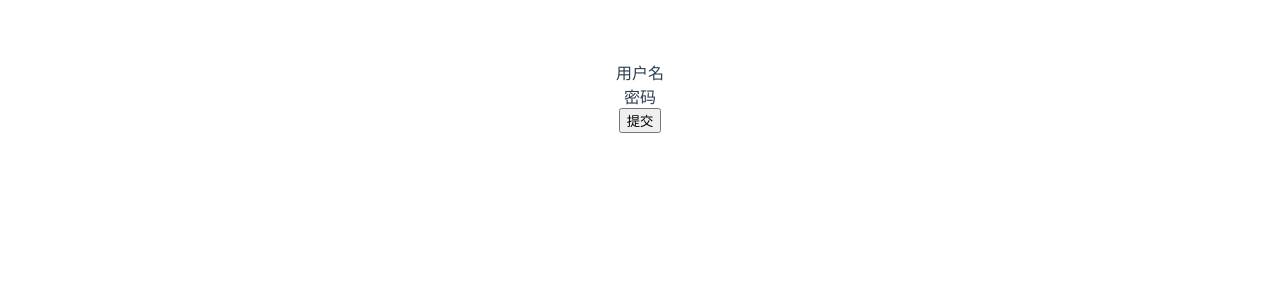
Repository: lxl0302/ClassBegin_-sound_code
Page: /#/kform
An editor plug-in stored every save of this project. The page is shown before and after the next save, followed by the edit.
The browser window is 1280 px wide. The pictures show the whole page.
The project was rebuilt for these pictures with package versions that can differ from the ones it lists, and the page was loaded fresh each time.

Above is the page before, as saved 2020-07-08 09:49:13.

### src/App.vue
<template>
  <div id="app">
    <HelloWorld />
  </div>
</template>

<script>
import HelloWorld from './form/index'

export default {
  name: 'App',
  components: {
    HelloWorld
  }
}
</script>

<style>
#app {
  font-family: Avenir, Helvetica, Arial, sans-serif;
  -webkit-font-smoothing: antialiased;
  -moz-osx-font-smoothing: grayscale;
  text-align: center;
  color: #2c3e50;
  margin-top: 60px;
}
</style>

### src/form/index.vue
<template>
  <div class="zong">
    <k-form :model="model" :rules="rules" ref="loginForm">
      <k-form-item label="用户名" prop="username">
        <k-input v-model="model.username" autocomplete="off"></k-input>
      </k-form-item>
      <k-form-item label="密码" prop="password">
        <k-input type="password" v-model="model.password" autocomplete="off"></k-input>
      </k-form-item>
      <k-form-item>
        <button @click="submitForm('loginForm')">提交</button>
      </k-form-item>
    </k-form>
  </div>
</template>

<script>
import KForm from './Form'
import KFormItem from './FromItem'
import KInput from './Input'
export default {
  name: '',
  components: {
    KForm,
    KFormItem,
    KInput
  },
  data() {
    return {
      model: {username: "baiyan", password: ""},
      rules: {
        username: [{required: true, message: "请输入用户名"}],
        password: [{required: true, message: "请输入密码"}]
      }
    }
  },
  methods: {
    submitForm(com) {
      console.log(com);
    }
  }
}
</script>
<style scoped>
.zong{
  height: 100%;
  width: 100%;
  text-align: center;
}
</style>

### src/form/Form.vue
<template>
  <div class>
    <slot></slot>
  </div>
</template>

<script>
export default {
  name: 'Form',
  provide() {
    return {
      form: this
    }
  },
  props: {
    model: {
      model: {
        type: Object,
        required: true
      },
      rules: {
        type: String
      }
    }
  },
  methods: {
    // 校验的最后结果
    validate() {

    }
  }
}
</script>
<style scoped>
</style>

### src/form/FromItem.vue
<template>
  <div class>
    <label v-if="label">{{label}}</label>
    <slot></slot>
    <p v-if="errorMessage">{{errorMessage}}</p>
  </div>
</template>

<script>
export default {
  name: 'FromItem',
  inject: ["form"],
  props: {
    label: {
      type: String,
      default: ""
    },
    prop: {
      type: String
    }
  },
  data() {
    return {
      errorMessage: ""
    }
  },
  mounted() {
    this.$on('validate', () => {
      this.validate
    })
  },
  methods: {
    validate() { // 做校验
    }
  }
}
</script>
<style scoped>
</style>

### src/form/Input.vue
<template>
  <div class></div>
</template>

<script>
export default {
  name: '',
  components: {},
  data() {
    return {}
  },
  computed: {},
  mounted() {},
  methods: {}
}
</script>
<style scoped>
</style>

Loaded but not shown: public/index.html (common file); src/main.js (common file)

After the next save:
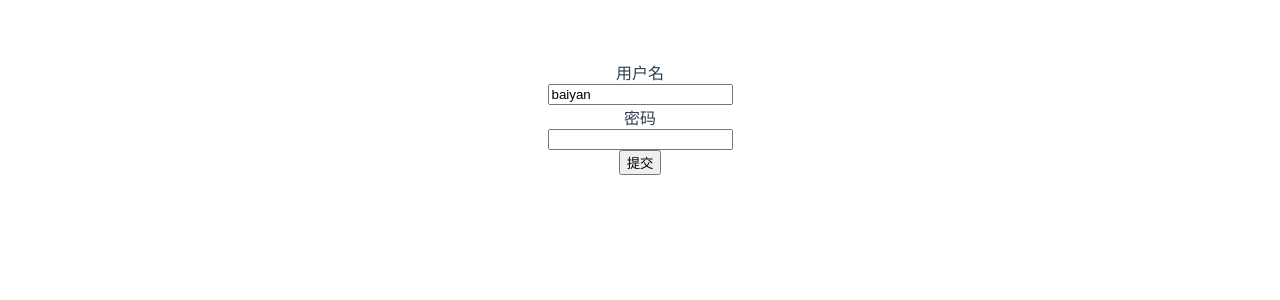
Saved 3 min 49 s later.
--- a/src/form/Input.vue
+++ b/src/form/Input.vue
@@ -1,17 +1,27 @@
 <template>
-  <div class></div>
+  <div class>
+    <input :value="value" @input="changeMethods" v-bind="$attrs">
+  </div>
 </template>
 
 <script>
 export default {
   name: '',
   components: {},
-  data() {
-    return {}
+  props: {
+    value: {
+      type: String
+    }
   },
   computed: {},
   mounted() {},
-  methods: {}
+  methods: {
+    changeMethods(e) {
+      this.$emit('input', e.target.value)
+      // 将值返给fomritem 做校验
+      this.$parent.$emit('validate')
+    }
+  }
 }
 </script>
 <style scoped>
